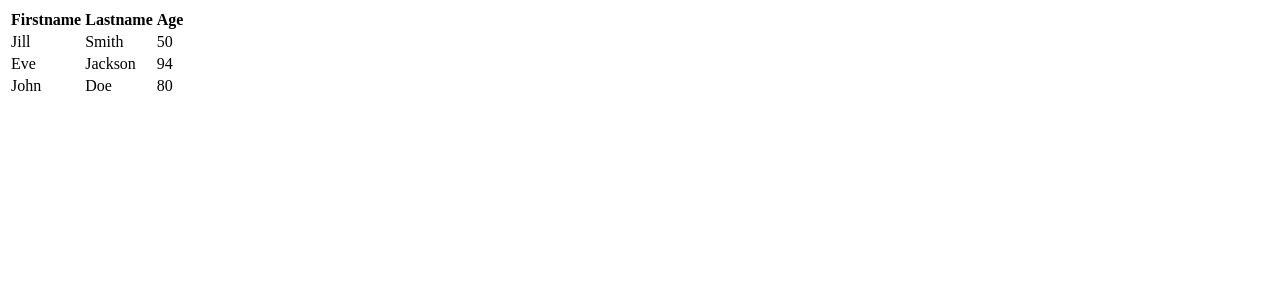
Repository: ahmetbugraozcan/css-ders-programi
Page: deneme.html
These files come from the project's save history. The page is drawn as it stood at one moment and after the next save; the edit follows.
The browser window is 1280 px wide. The pictures show the whole page.

Above is the page before, as saved 2021-07-07 15:36:50.

After the next save:
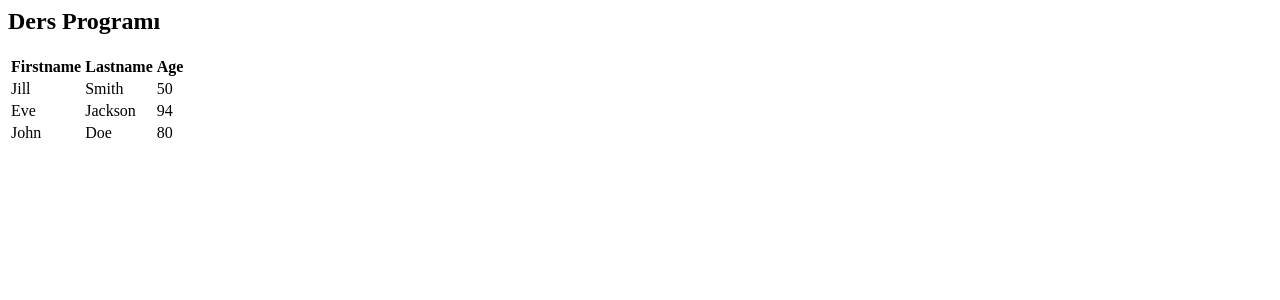
Saved 41 s later.
--- a/deneme.html
+++ b/deneme.html
@@ -1,5 +1,6 @@
 <html>
     <body>
+        <h2>Ders Programı</h2>
         <table>
 
             <tr>
